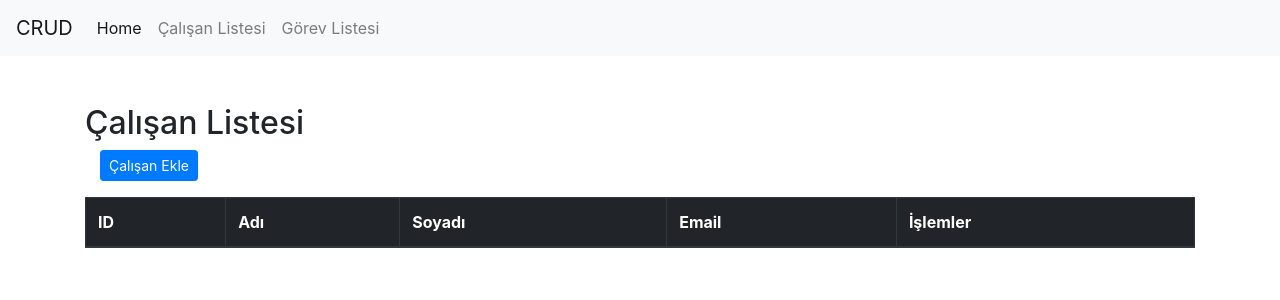
Repository: AhmetOzgul/veri_Taban-_proje
Page: http://localhost/user-list
These files come from the project's save history. The page is drawn as it stood at one moment and after the next save; the edit follows.
The browser window is 1280 px wide. The pictures show the whole page.
The page is this project's Thymeleaf template; nobody is signed in. The template is opened directly, without the code that normally fills it, so the values that code supplies are empty.

Above is the page before, as saved 2024-01-18 10:45:24.

After the next save:
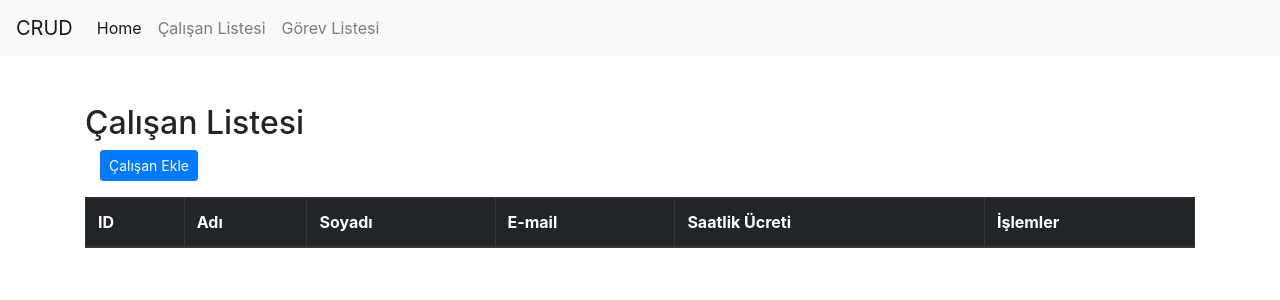
Saved 106 s later.
--- a/vtys2/vtys/src/main/resources/templates/user-list.html
+++ b/vtys2/vtys/src/main/resources/templates/user-list.html
@@ -37,7 +37,8 @@
                 <th>ID</th>
                 <th>Adı</th>
                 <th>Soyadı</th>
-                <th>Email</th>
+                <th>E-mail</th>
+                <th>Saatlik Ücreti</th>
                 <th>İşlemler</th>
             </tr>
         </thead>
@@ -45,6 +46,7 @@
             <td th:text="${user.id}"></td>
             <td th:text="${user.firstName}"></td>
             <td th:text="${user.lastName}"></td>
+            <td th:text="${user.email}"></td>
             <td th:text="${user.email}"></td>
             <td>
                 <a class="btn btn-primary" th:href="@{/users/edit/{id}(id=${user.id})}">Düzenle</a> |
